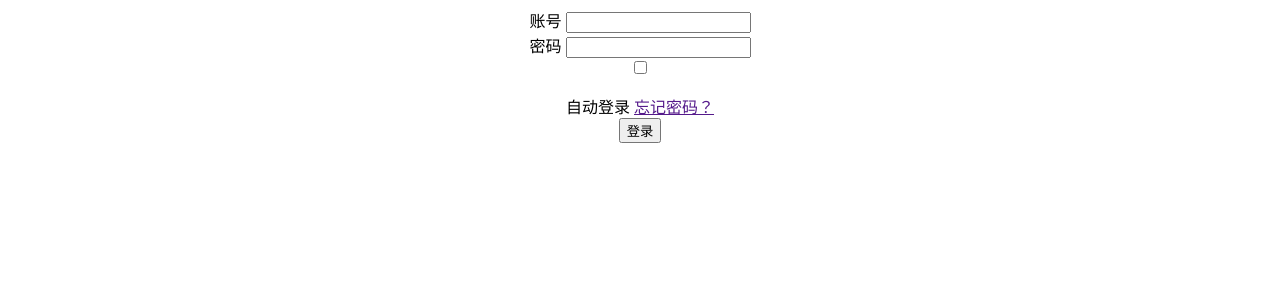
Repository: Jiege005/mytest-software-project
Page: mytest/WebContent/mod1.1.html
These files come from the project's save history. The page is drawn as it stood at one moment and after the next save; the edit follows.
The browser window is 1280 px wide. The pictures show the whole page.

Above is the page before, as saved 2025-06-18 12:20:46.

After the next save:
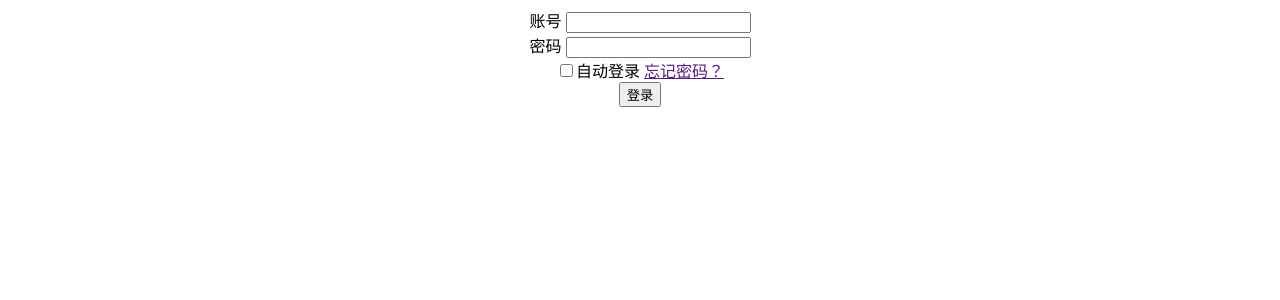
Saved 7 s later.
--- a/mytest/WebContent/mod1.1.html
+++ b/mytest/WebContent/mod1.1.html
@@ -25,7 +25,7 @@
 		    <label for="exampleInputPassword1">密码</label>
 		    <input type="password" class="form-control" id="exampleInputPassword1">
 		  </div>
-		  <input type="checkbox" value=""><p>自动登录
+		  <input type="checkbox" value="">自动登录
 		  <a href="" target="_blank">忘记密码？</a>
 		  <br>
 		  <button type="submit" class="btn btn-default">登录</button>
